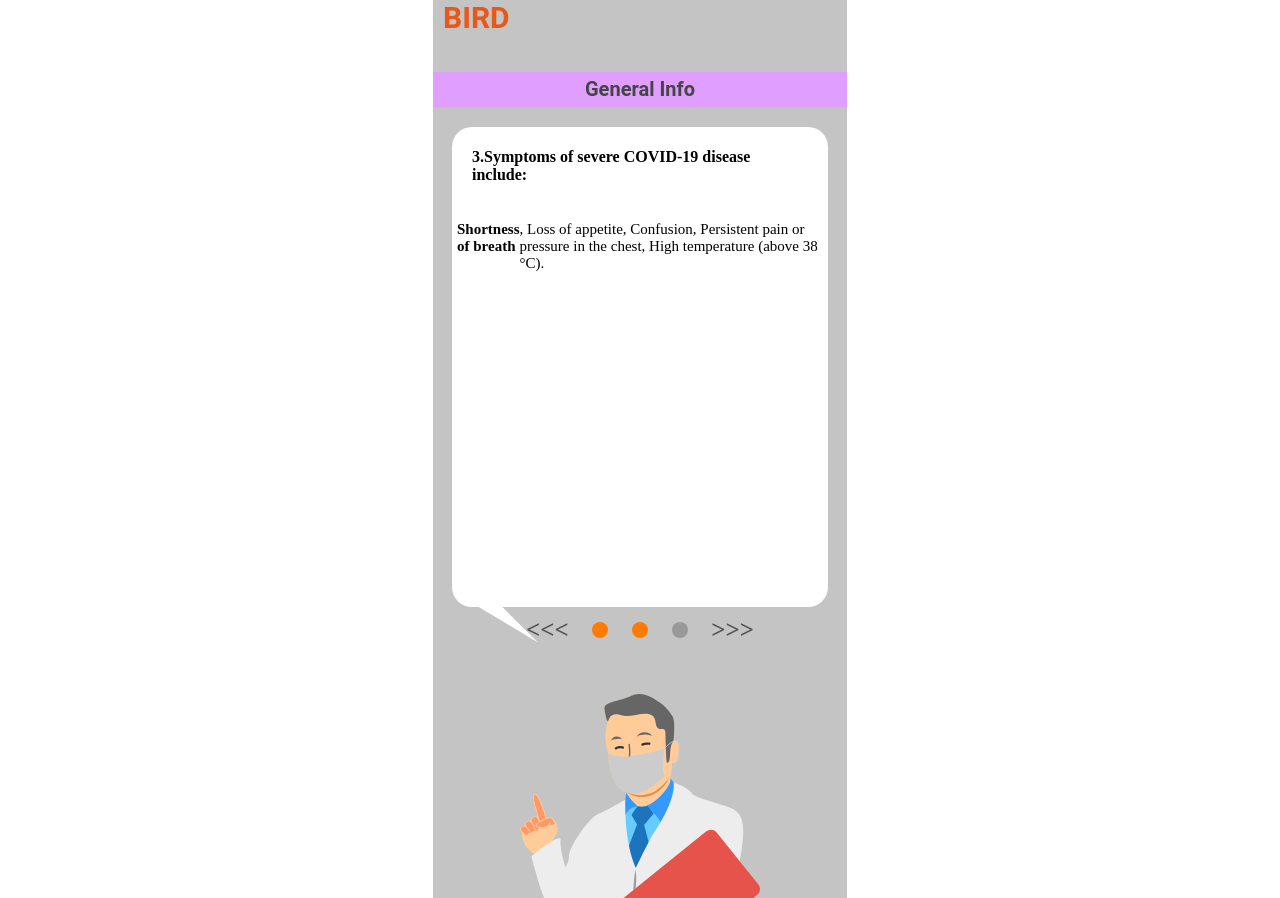
Repository: Levic559/BIRD
Page: General_info-3/1.html
An editor plug-in stored every save of this project. The page is shown before and after the next save, followed by the edit.
The browser window is 1280 px wide. The pictures show the whole page.

Above is the page before, as saved 2021-03-11 01:16:45.

After the next save:
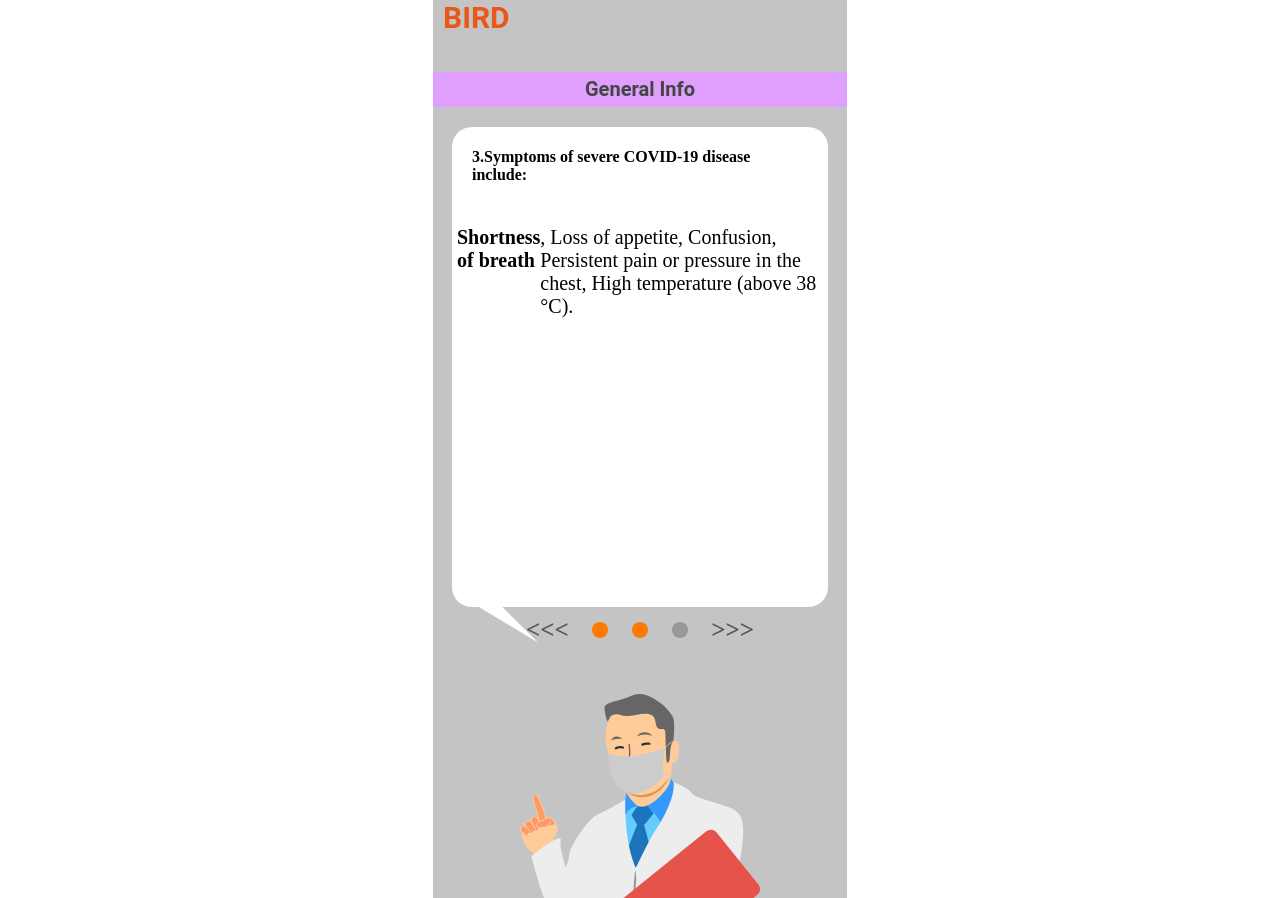
Saved 7 s later.
--- a/General_info_structure/mystyle.css
+++ b/General_info_structure/mystyle.css
@@ -190,7 +190,7 @@
   margin-right: 150px;
 }
 .infographicText2{
-  font-size: 15px;
+  font-size: 20px;
   position: relative;
   display: flex;
   margin-bottom: 350px;

After the 2 saves that followed:
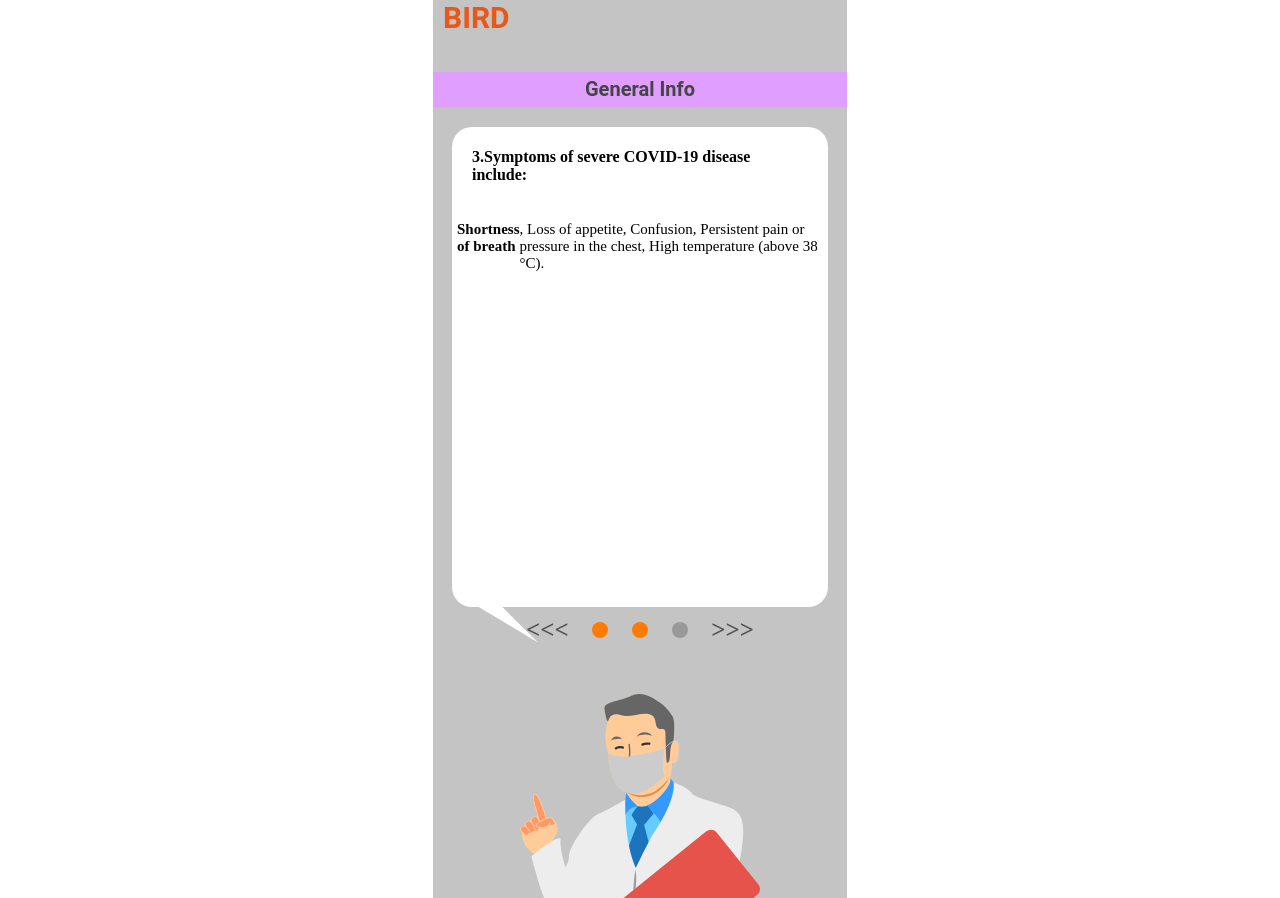
The 2 saves are shown as one change because they came seconds apart.
The last was saved 7 s later.
--- a/General_info_structure/mystyle.css
+++ b/General_info_structure/mystyle.css
@@ -190,7 +190,7 @@
   margin-right: 150px;
 }
 .infographicText2{
-  font-size: 20px;
+  font-size: 15px;
   position: relative;
   display: flex;
   margin-bottom: 350px;
